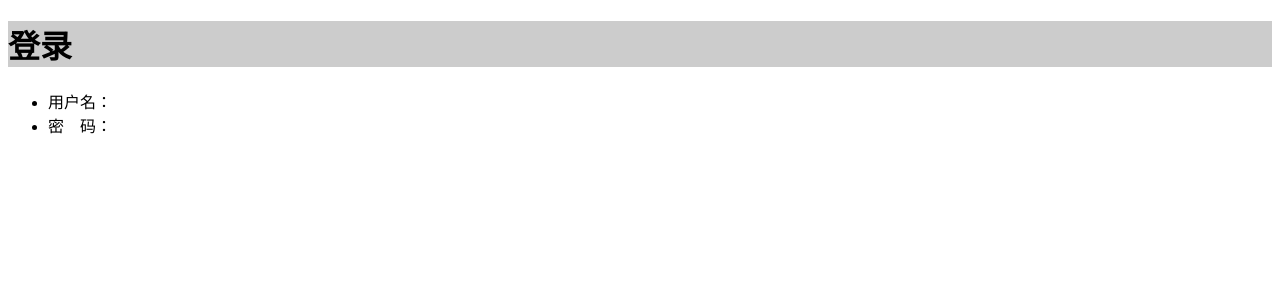
Repository: jiangrongbo/mybatis-blog
Page: http://localhost/exam3/
An editor plug-in stored every save of this project. The page is shown before and after the next save, followed by the edit.
The browser window is 1280 px wide. The pictures show the whole page.
The page is served by Tomcat 9.

Above is the page before, as saved 2015-06-28 13:12:34.

After the next save:
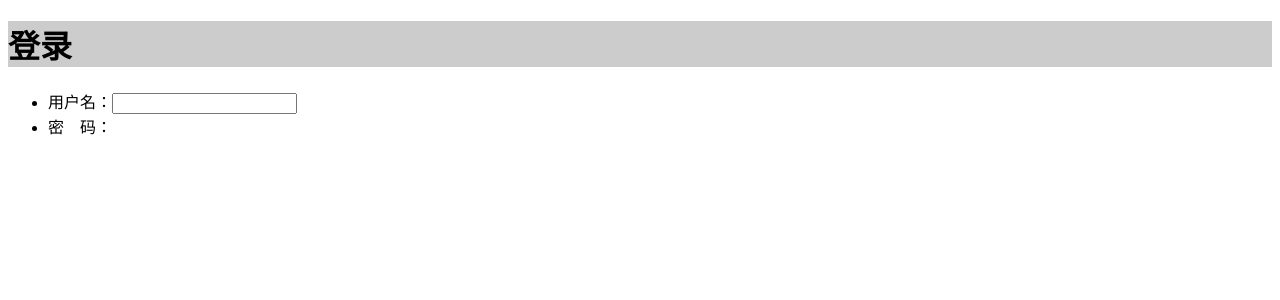
Saved 7 s later.
--- a/exam3/WebContent/index.jsp
+++ b/exam3/WebContent/index.jsp
@@ -14,7 +14,7 @@
 	<div id="login">
 		<h1>登录</h1>
 		<ul>
-			<li>用户名：</li>
+			<li>用户名：<input></li>
 			<li>密　码：</li>
 		</ul>
 	</div>
